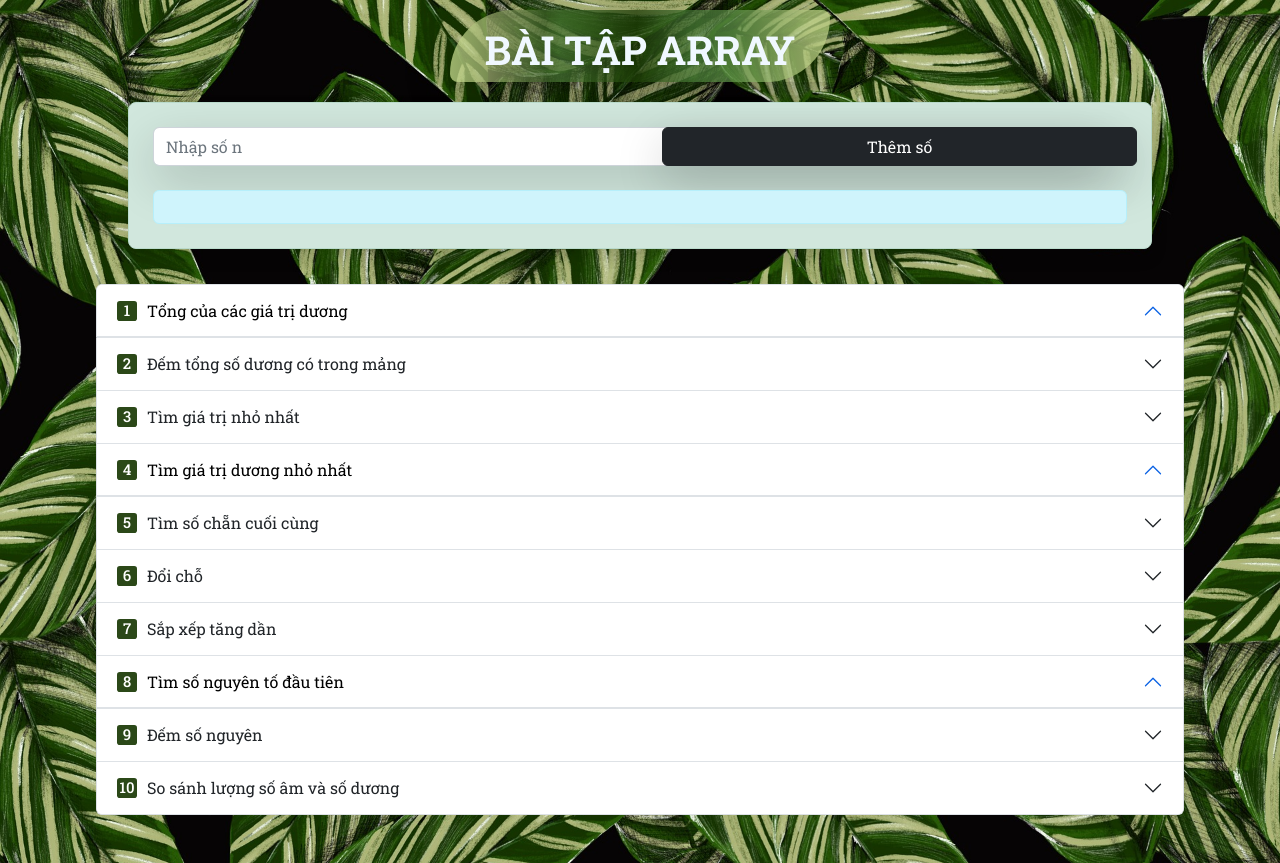
Repository: hcozyph/TranHuuPhuoc_BC43_BT_JS_Buoi7_8_ARRAY
Page: index.html
These files come from the project's save history. The page is drawn as it stood at one moment and after the next save; the edit follows.
The browser window is 1280 px wide. The pictures show the whole page.
Backgrounds fixed to the window are drawn as part of the page.

Above is the page before, as saved 2023-02-26 13:42:29.

After the next save:
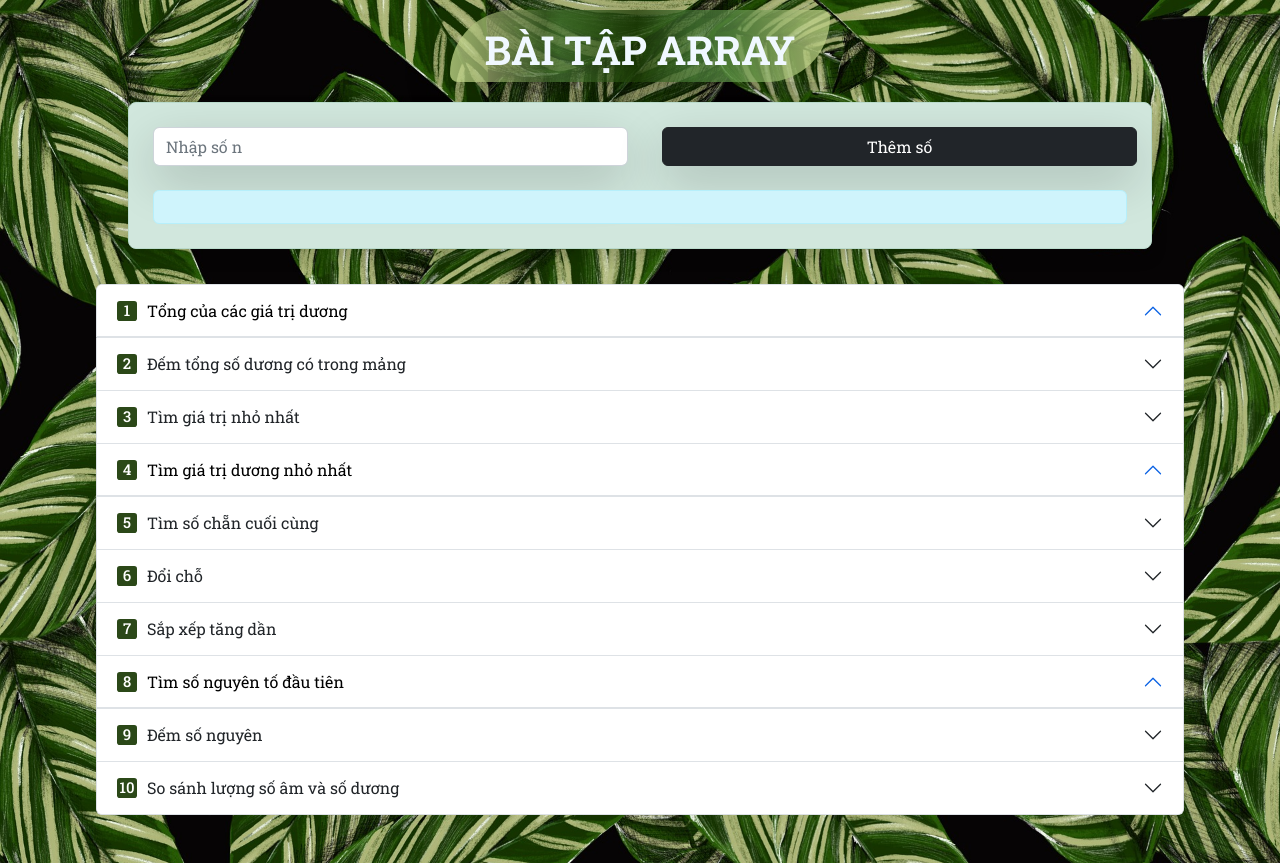
Saved 13 s later.
--- a/css/index.css
+++ b/css/index.css
@@ -115,7 +115,6 @@
     }
 
     #user-input {
-        width: 200%;
         margin-right: 10px;
     }
 
